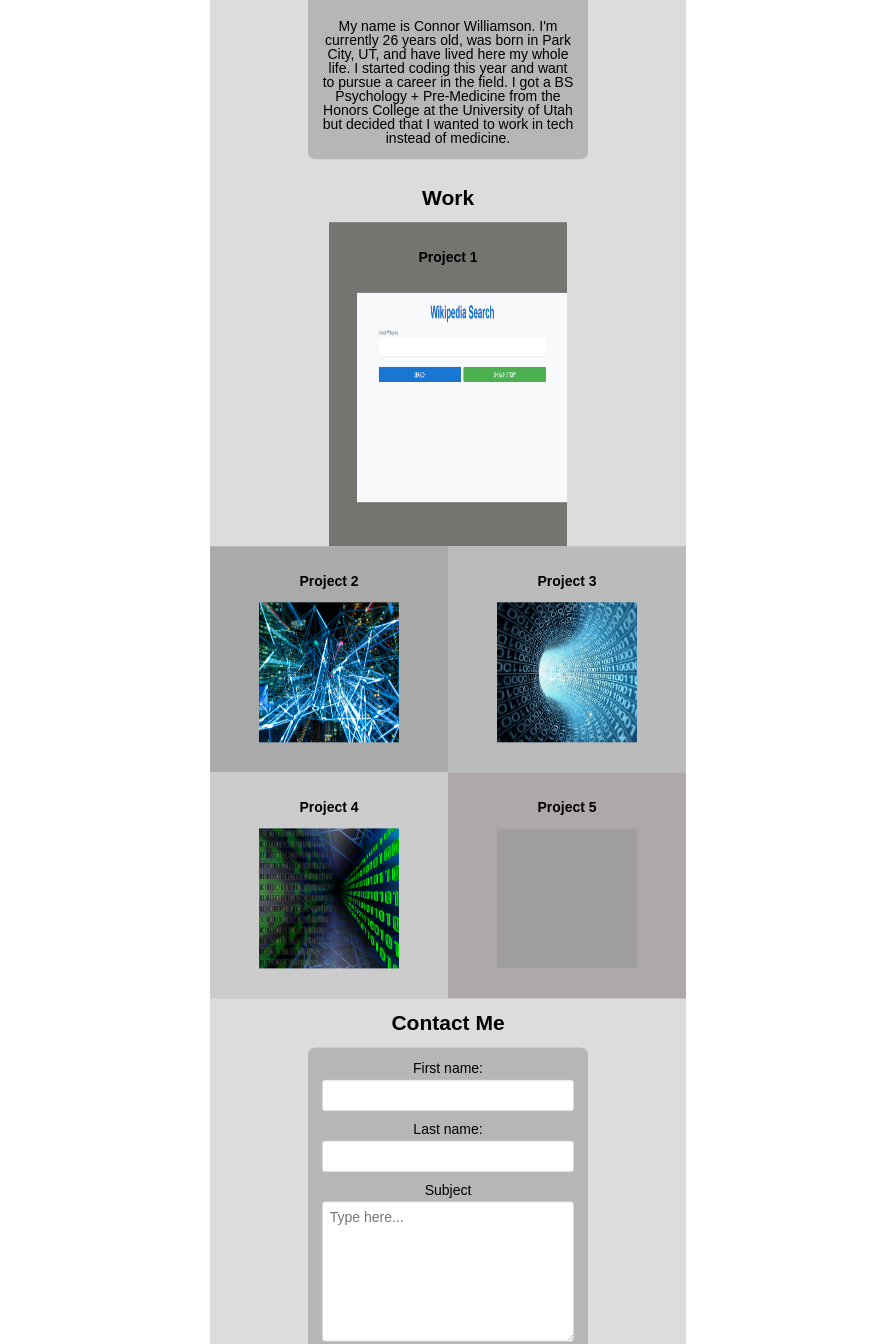
Repository: u0914295/challenge-2
Page: index.html
An editor plug-in stored every save of this project. The page is shown before and after the next save, followed by the edit.
The browser window is 1280 px wide. The pictures show the part of the page from y = 848 to 2768 px (the page is 2891 px tall), at 70% of full size.
Pictures or frames that could not be fetched are drawn as grey boxes.

Above is the page before, as saved 2023-08-08 20:54:33.

### index.html
<!DOCTYPE html>
<html lang="en">
  <head>
    <meta charset="UTF-8" />
    <meta name="viewport" content="width=device-width, initial-scale=1.0" />
    <title>MyPortfolio</title>
    <link rel="stylesheet" href="./assets/reset.css" />
    <link rel="stylesheet" href="./assets/style.css" />
  </head>

  <body>
    <header>
      <h1>Connor Williamson</h1>
      <br />
      <img
        src="./assets/images/me.jpeg"
        alt="avatar"
        height="180px"
        width="130px"
      />
      <nav class="navbar">
        <ul class="link-group">
          <li class="link active"><a href="#section1">about me</a></li>
          <li class="link"><a href="#section2">work</a></li>
          <li class="link"><a href="#section3">contact me</a></li>
        </ul>
      </nav>
    </header>

    <main>
      <section>
        <article>
          <br />
          <br />
          <div class="about me" id="section1">
            <h2>About Me</h2>
          </div>
          <br />
          <div class="container">
            <br />
            <p>
              My name is Connor Williamson. I'm currently 26 years old, was born
              in Park City, UT, and have lived here my whole life. I started
              coding this year and want to pursue a career in the field. I got a
              BS Psychology + Pre-Medicine from the Honors College at the
              University of Utah but decided that I wanted to work in tech
              instead of medicine.
            </p>
          </div>
          <br />
          <br />
          <div class="work" id="section2">
            <h2>Work</h2>
          </div>
          <br />
          <div class="main-project">
            <h3>Project 1</h3>
            <br />
            <br />
            <p>
              <a href="https://u0914295.github.io/wikipedia-search-tool/">
                <img
                  src="./assets/images/data-5.png"
                  height="300px"
                  width="300px"
              /></a>
            </p>
            <br />
          </div>
          <div class="row">
            <div class="column" style="background-color: #aaa">
              <h3>Project 2</h3>
              <br />
              <p>
                <a href="https://limitless-sea-25303-7c8a3f9496d2.herokuapp.com/">
                  <img
                    src="./assets/images/data-1.jpg"
                    height="200px"
                    width="200px"
                /></a>
              </p>
            </div>
            <div class="column" style="background-color: #bbb">
              <h3>Project 3</h3>
              <br />
              <p>
                <a
                  href="https://developer.mozilla.org/en-US/docs/Web/JavaScript/Data_structures"
                >
                  <img
                    src="./assets/images/data-2.jpg"
                    height="200px"
                    width="200px"
                /></a>
              </p>
            </div>
          </div>

          <div class="row">
            <div class="column" style="background-color: #ccc">
              <h3>Project 4</h3>
              <br />
              <p>
                <a
                  href="https://developer.mozilla.org/en-US/docs/Learn/Getting_started_with_the_web/JavaScript_basics"
                >
                  <img
                    src="./assets/images/data-3.jpg"
                    height="200px"
                    width="200px"
                /></a>
              </p>
            </div>
            <div class="column" style="background-color: #aca6a6f1">
              <h3>Project 5</h3>
              <br />
              <p>
                <a href="https://developer.mozilla.org/en-US/docs/Web/HTML">
                  <img
                    src="./assets/images/data-4.jfif"
                    height="200px"
                    width="200px"
                /></a>
              </p>
            </div>
          </div>
          <br />
          <div class="contact-me" id="section3">
            <h2>Contact Me</h2>
          </div>
          <br />
          <div class="container">
            <form>
              <label for="fname">First name:</label><br />
              <input type="text" id="fname" name="fname" /><br />
              <label for="lname">Last name:</label><br />
              <input type="text" id="lname" name="lname" />

              <label for="subject">Subject</label>
              <textarea
                id="subject"
                name="subject"
                placeholder="Type here..."
                style="height: 200px"
              ></textarea>

              <input type="submit" value="Submit" />
            </form>
          </div>
          <br />
          <br />
        </article>
      </section>
    </main>
    <footer></footer>
  </body>
</html>

### assets/style.css
* {
  box-sizing: border-box;
}

body {
  font-family: Arial;
  margin: 300px;
}

section {
  font-size: 20px;
  text-align: center;
  background-color: gainsboro;
}

header {
  padding: 60px;
  text-align: center;
  background: #8d8a8a;
  color: #9794cc;
  font-size: 40px;
  image-resolution: ;
}

h2 {
  font-size: 30px;
}

h3 {
  font-size: 20px;
}

li {
  display: inline;
  list-style-type: none;
  font-size: 20px;
  text-align: center;
}

ul {
  text-align: center;
  color: #ffffff;
  padding-top: 20px;
}

.column {
  float: left;
  width: 50%;
  padding: 40px;
}

.column:hover {
  box-shadow: 0 16px 32px 0 rgb(0, 0, 0);
}

.row:after {
  content: "";
  display: table;
  clear: both;
}

.main-project {
  display: inline-flexbox;
  width: 50%;
  margin-right: auto;
  margin-left: auto;
  display: block;
  background-color: rgba(53, 53, 49, 0.625);
  padding: 40px;
}

.main-project:hover {
  box-shadow: 0 16px 32px 0 rgb(0, 0, 0);
}

@media screen and (max-width: 500px) {
  .column {
    width: 100%;
    padding: 40px;
  }
}

input[type="text"],
select,
textarea {
  width: 100%;
  padding: 10px;
  border: 1px solid #ccc;
  border-radius: 4px;
  box-sizing: border-box;
  margin-top: 6px;
  margin-bottom: 16px;
  resize: vertical;
}

input[type="submit"] {
  background-color: #683377;
  color: white;
  padding: 12px 20px;
  border: none;
  border-radius: 4px;
  cursor: pointer;
}

input[type="submit"]:hover {
  background-color: #b013ff;
}

.container {
  border-radius: 10px;
  margin-right: auto;
  margin-left: auto;
  display: block;
  background-color: #0704032c;
  padding: 20px;
  width: 400px;
}

Loaded but not shown: assets/reset.css (common file)

After the next save:
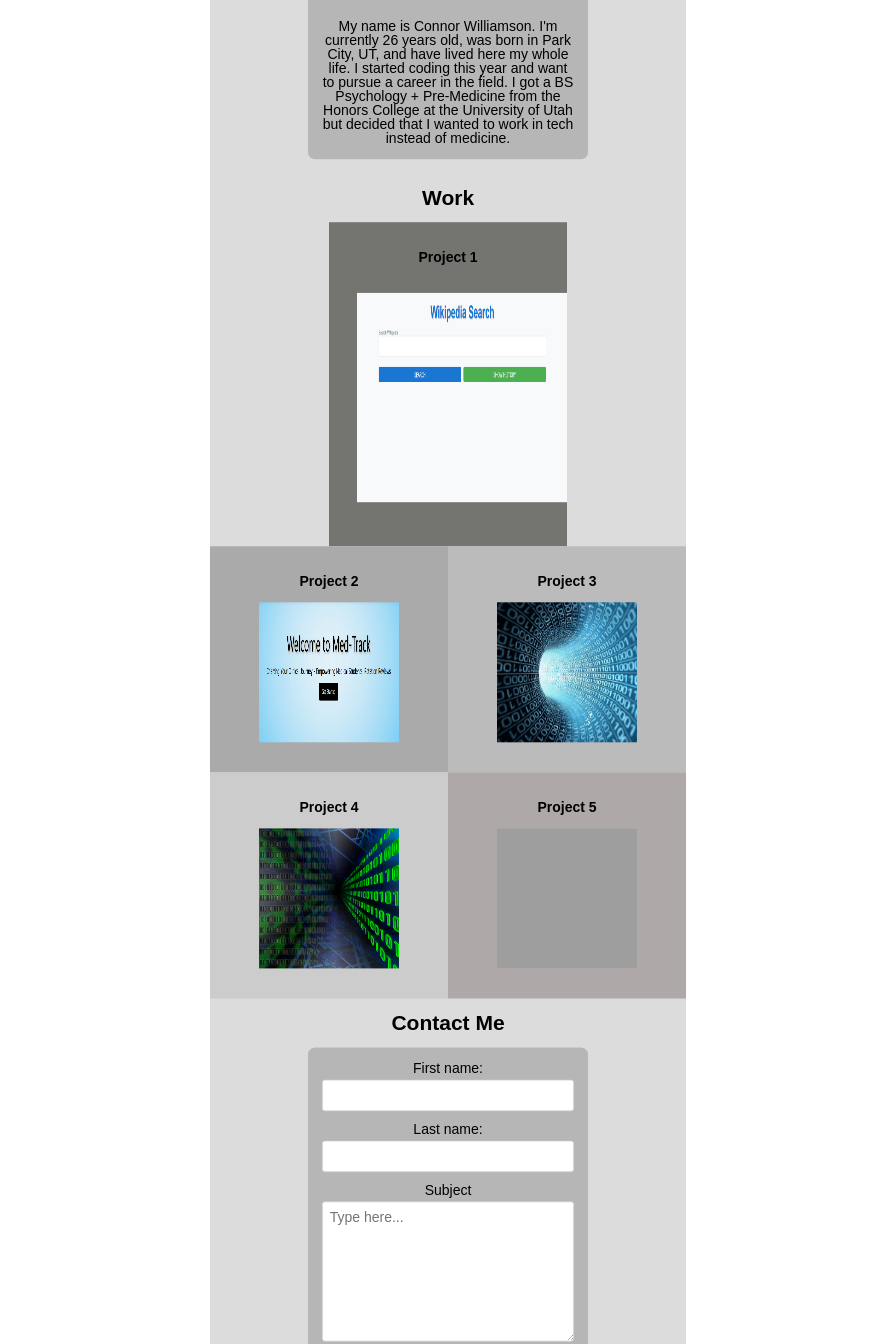
Saved 6 s later.
--- a/index.html
+++ b/index.html
@@ -74,7 +74,7 @@
               <p>
                 <a href="https://limitless-sea-25303-7c8a3f9496d2.herokuapp.com/">
                   <img
-                    src="./assets/images/data-1.jpg"
+                    src="./assets/images/data-1.png"
                     height="200px"
                     width="200px"
                 /></a>
